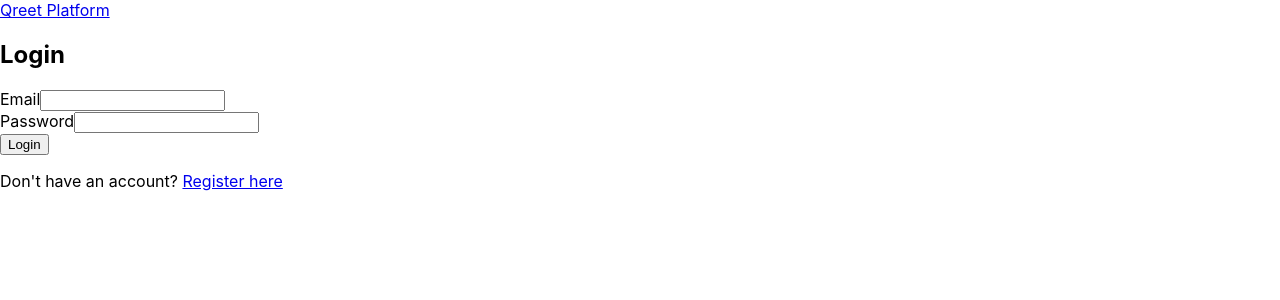
Repository: Ndegwa2/Soluschool
Page: /auth/login (app in frontend/)
The author's editor kept a copy of each file at every save. The page is drawn from the files as they stood at one save, then again after the next save.
The browser window is 1280 px wide. The pictures show the whole page.
The project was rebuilt for these pictures with package versions that can differ from the ones it lists, and the page was loaded fresh each time. The framework's server and built-in components were replaced by stand-ins that run in the browser. Also part of the build but not shown: frontend/next.config.mjs. Imported but missing from the stored project, and not drawn on this page: frontend/lib/config.

Above is the page before, as saved 2025-10-04 10:02:06.

### frontend/pages/_app.js
import '../styles/globals.css'
import { AuthProvider } from '../lib/AuthContext'
import Header from '../components/layout/Header'

function MyApp({ Component, pageProps }) {
  return (
    <AuthProvider>
      <Header />
      <Component {...pageProps} />
    </AuthProvider>
  )
}

export default MyApp

### frontend/pages/auth/login.js
import { useRouter } from 'next/router'
import { useEffect } from 'react'
import AuthForm from '../../components/common/AuthForm'
import { isAuthenticated, getUserRole } from '../../lib/auth'

export default function Login() {
  const router = useRouter()

  useEffect(() => {
    if (isAuthenticated()) {
      const role = getUserRole()
      if (role === 'parent') {
        router.push('/dashboard')
      } else if (role === 'guard') {
        router.push('/qr-codes')
      } else if (role === 'admin') {
        router.push('/dashboard')
      }
    }
  }, [router])

  const handleSuccess = () => {
    const role = getUserRole()
    if (role === 'parent') {
      router.push('/dashboard')
    } else if (role === 'guard') {
      router.push('/qr-codes')
    } else if (role === 'admin') {
      router.push('/dashboard')
    }
  }

  return (
    <div className="min-h-screen flex items-center justify-center bg-gray-100">
      <div className="text-center">
        <AuthForm isLogin={true} onSuccess={handleSuccess} />
        <p className="mt-4 text-sm text-gray-600">
          Don't have an account?{' '}
          <a href="/auth/register" className="text-blue-500 hover:text-blue-700">
            Register here
          </a>
        </p>
      </div>
    </div>
  )
}

### frontend/lib/AuthContext.js
import { createContext, useContext, useState, useEffect } from 'react'
import { isAuthenticated, getUserRole, logout } from './auth'

const AuthContext = createContext()

export const useAuth = () => useContext(AuthContext)

export const AuthProvider = ({ children }) => {
  const [isAuth, setIsAuth] = useState(false)
  const [role, setRole] = useState(null)

  useEffect(() => {
    setIsAuth(isAuthenticated())
    setRole(getUserRole())
  }, [])

  const handleLogout = () => {
    logout()
    setIsAuth(false)
    setRole(null)
  }

  return (
    <AuthContext.Provider value={{ isAuth, role, logout: handleLogout }}>
      {children}
    </AuthContext.Provider>
  )
}

### frontend/components/layout/Header.js
import React from 'react'
import Link from 'next/link'
import { useAuth } from '../../lib/AuthContext'

const Header = () => {
  const { isAuth, role, logout } = useAuth()

  return (
    <header className="bg-blue-600 text-white shadow">
      <div className="max-w-7xl mx-auto px-4">
        <div className="flex justify-between items-center py-4">
          <Link href="/" className="text-xl font-bold">
            Qreet Platform
          </Link>
          {isAuth && role === 'parent' && (
            <nav className="flex space-x-4">
              <Link href="/dashboard" className="hover:text-blue-200">Dashboard</Link>
              <Link href="/children" className="hover:text-blue-200">Children</Link>
              <Link href="/qr-codes" className="hover:text-blue-200">QR Codes</Link>
              <Link href="/history" className="hover:text-blue-200">History</Link>
              <button onClick={logout} className="hover:text-blue-200">Logout</button>
            </nav>
          )}
        </div>
      </div>
    </header>
  )
}

export default Header

### frontend/components/common/AuthForm.js
import { useState } from 'react'
import { useForm } from 'react-hook-form'
import { apiClient } from '../../lib/api'
import { login } from '../../lib/auth'

const AuthForm = ({ isLogin = true, onSuccess }) => {
  const [error, setError] = useState('')
  const [loading, setLoading] = useState(false)
  const { register, handleSubmit, formState: { errors } } = useForm()

  const onSubmit = async (data) => {
    setError('')
    setLoading(true)
    try {
      const endpoint = isLogin ? '/api/auth/login' : '/api/auth/register'
      const response = await apiClient.post(endpoint, data, false) // no auth for auth endpoints
      login(response.token)
      onSuccess && onSuccess()
    } catch (err) {
      setError(err.message || 'An error occurred')
    } finally {
      setLoading(false)
    }
  }

  return (
    <div className="max-w-md mx-auto bg-white p-6 rounded-lg shadow-md">
      <h2 className="text-2xl font-bold mb-4">{isLogin ? 'Login' : 'Register'}</h2>
      <form onSubmit={handleSubmit(onSubmit)} className="space-y-4">
        {!isLogin && (
          <div>
            <label className="block text-sm font-medium">Name</label>
            <input
              {...register('name', { required: 'Name is required' })}
              className="w-full p-2 border rounded"
              type="text"
            />
            {errors.name && <p className="text-red-500 text-sm">{errors.name.message}</p>}
          </div>
        )}
        <div>
          <label className="block text-sm font-medium">Email</label>
          <input
            {...register('email', { required: 'Email is required' })}
            className="w-full p-2 border rounded"
            type="email"
          />
          {errors.email && <p className="text-red-500 text-sm">{errors.email.message}</p>}
        </div>
        <div>
          <label className="block text-sm font-medium">Password</label>
          <input
            {...register('password', { required: 'Password is required' })}
            className="w-full p-2 border rounded"
            type="password"
          />
          {errors.password && <p className="text-red-500 text-sm">{errors.password.message}</p>}
        </div>
        {error && <p className="text-red-500">{error}</p>}
        <button
          type="submit"
          disabled={loading}
          className="w-full bg-blue-500 text-white p-2 rounded hover:bg-blue-600 disabled:opacity-50"
        >
          {loading ? 'Loading...' : (isLogin ? 'Login' : 'Register')}
        </button>
      </form>
    </div>
  )
}

export default AuthForm

### frontend/lib/auth.js
import { jwtDecode } from 'jwt-decode'

export const isAuthenticated = () => {
  const token = localStorage.getItem('token')
  if (!token) return false
  try {
    const decoded = jwtDecode(token)
    return decoded.exp * 1000 > Date.now()
  } catch {
    return false
  }
}

export const getToken = () => {
  return localStorage.getItem('token')
}

export const getUserRole = () => {
  const token = getToken()
  if (!token) return null
  try {
    const decoded = jwtDecode(token)
    return decoded.role
  } catch {
    return null
  }
}

export const login = (token) => {
  localStorage.setItem('token', token)
}

export const logout = () => {
  localStorage.removeItem('token')
}

### frontend/lib/api.js
import { API_URL } from './config'
import { getToken } from './auth'

const getHeaders = (includeAuth = true) => {
  const headers = { 'Content-Type': 'application/json' }
  if (includeAuth) {
    const token = getToken()
    if (token) {
      headers.Authorization = `Bearer ${token}`
    }
  }
  return headers
}

export const apiClient = {
  get: async (endpoint, includeAuth = true) => {
    const res = await fetch(`${API_URL}${endpoint}`, {
      headers: getHeaders(includeAuth)
    })
    if (!res.ok) {
      throw new Error(`API Error: ${res.status} ${res.statusText}`)
    }
    return res.json()
  },
  post: async (endpoint, data, includeAuth = true) => {
    const res = await fetch(`${API_URL}${endpoint}`, {
      method: 'POST',
      headers: getHeaders(includeAuth),
      body: JSON.stringify(data)
    })
    if (!res.ok) {
      throw new Error(`API Error: ${res.status} ${res.statusText}`)
    }
    return res.json()
  },
  put: async (endpoint, data, includeAuth = true) => {
    const res = await fetch(`${API_URL}${endpoint}`, {
      method: 'PUT',
      headers: getHeaders(includeAuth),
      body: JSON.stringify(data)
    })
    if (!res.ok) {
      throw new Error(`API Error: ${res.status} ${res.statusText}`)
    }
    return res.json()
  },
  delete: async (endpoint, includeAuth = true) => {
    const res = await fetch(`${API_URL}${endpoint}`, {
      method: 'DELETE',
      headers: getHeaders(includeAuth)
    })
    if (!res.ok) {
      throw new Error(`API Error: ${res.status} ${res.statusText}`)
    }
    return res.json()
  }
}

Loaded but not shown: frontend/styles/globals.css (common file)

After the next save:
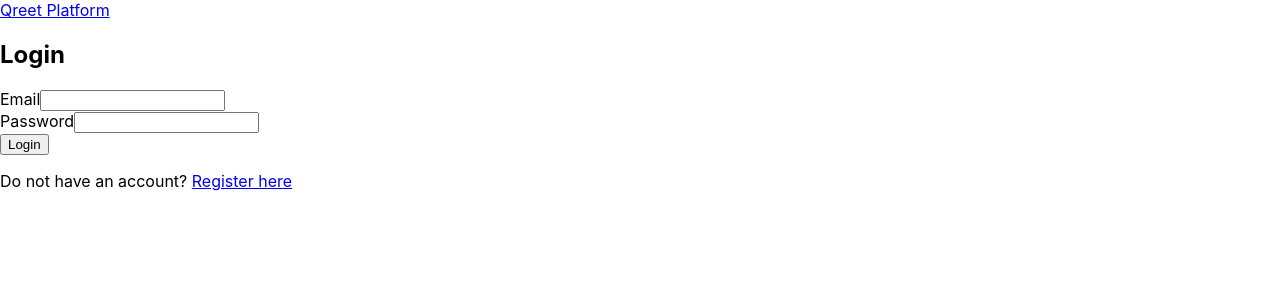
Saved 9 s later.
--- a/frontend/pages/auth/login.js
+++ b/frontend/pages/auth/login.js
@@ -35,7 +35,7 @@ export default function Login() {
       <div className="text-center">
         <AuthForm isLogin={true} onSuccess={handleSuccess} />
         <p className="mt-4 text-sm text-gray-600">
-          Don't have an account?{' '}
+          Do not have an account?{' '}
           <a href="/auth/register" className="text-blue-500 hover:text-blue-700">
             Register here
           </a>
